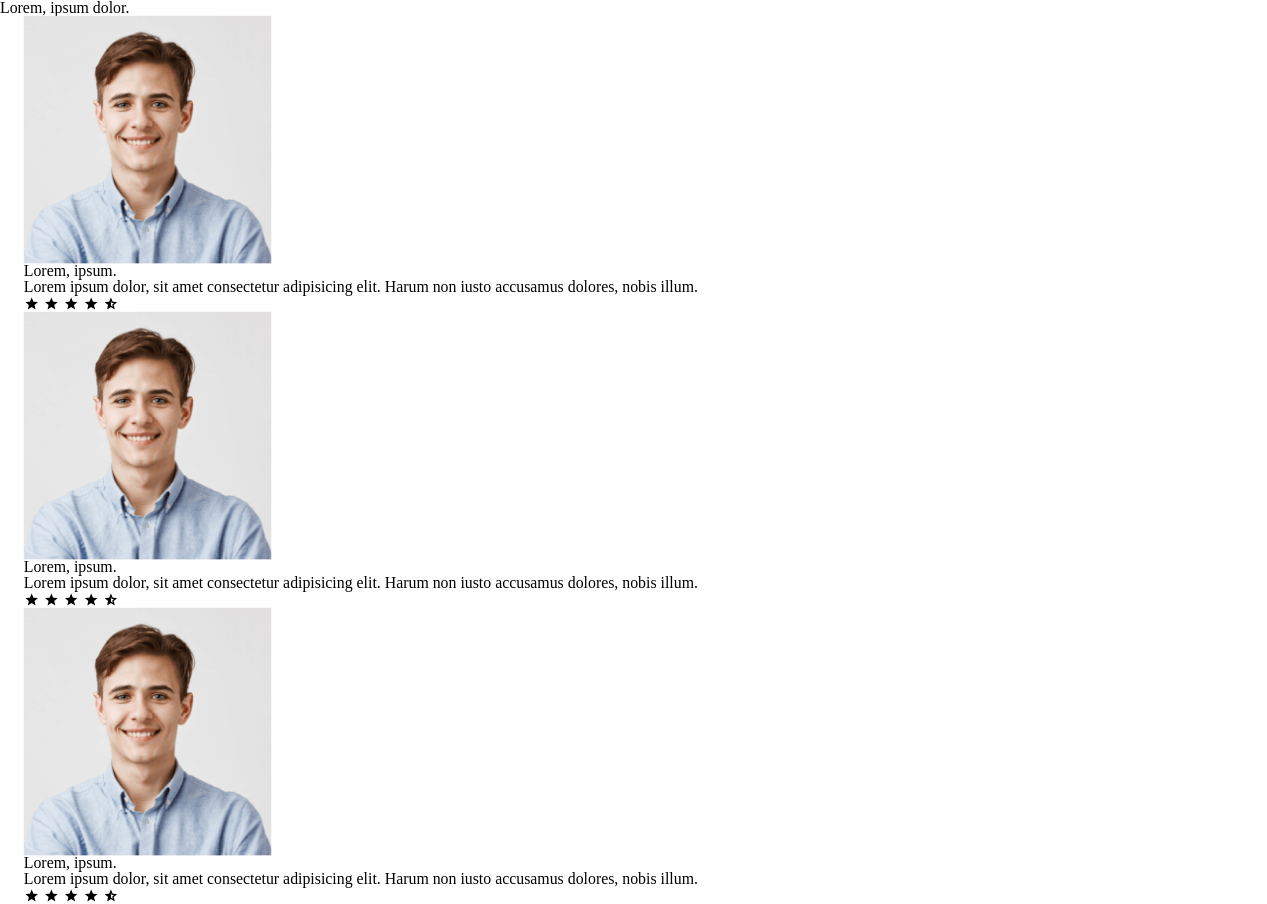
Repository: dinhhaidh/slider-3
Page: index.html
These files come from the project's save history. The page is drawn as it stood at one moment and after a run of saves; the edit follows.
The browser window is 1280 px wide. The pictures show the whole page, at 99% of full size.

Above is the page before, as saved 2024-03-22 21:51:43.

### index.html
<!DOCTYPE html>
<html lang="en">
<head>
    <meta charset="UTF-8">
    <meta name="viewport" content="width=device-width, initial-scale=1.0">
    <title>Document</title>
    <link rel="stylesheet" href="https://cdnjs.cloudflare.com/ajax/libs/remixicon/4.2.0/remixicon.min.css">

    <link rel="stylesheet" href="./css/swiper-bundle.min.css">

    <link rel="stylesheet" href="./css/style.css">

</head>
<body>
    <div class="new">
        <h3 class="new__title">
            Lorem, ipsum dolor.
        </h3>

        <div class="new__container container">
            <div class="new__swiper">
                <div>
                    <article class="new__card new__article">
                        <img src="./img1.png" alt="" class="new__img">
                        <h3 class="new__subtitle">
                            Lorem, ipsum.
                        </h3>
                        <p class="new__description">
                            Lorem ipsum dolor, sit amet consectetur adipisicing elit. Harum non iusto accusamus dolores, nobis illum.
                        </p>
                        <div class="new__stars">
                            <i class="ri-star-s-fill"></i>
                            <i class="ri-star-s-fill"></i>
                            <i class="ri-star-s-fill"></i>
                            <i class="ri-star-s-fill"></i>
                            <i class="ri-star-half-s-line"></i>
                        </div>
                    </article>

                    <article class="new__card new__article">
                        <img src="./img1.png" alt="" class="new__img">
                        <h3 class="new__subtitle">
                            Lorem, ipsum.
                        </h3>
                        <p class="new__description">
                            Lorem ipsum dolor, sit amet consectetur adipisicing elit. Harum non iusto accusamus dolores, nobis illum.
                        </p>
                        <div class="new__stars">
                            <i class="ri-star-s-fill"></i>
                            <i class="ri-star-s-fill"></i>
                            <i class="ri-star-s-fill"></i>
                            <i class="ri-star-s-fill"></i>
                            <i class="ri-star-half-s-line"></i>
                        </div>
                    </article>

                    <article class="new__card new__article">
                        <img src="./img1.png" alt="" class="new__img">
                        <h3 class="new__subtitle">
                            Lorem, ipsum.
                        </h3>
                        <p class="new__description">
                            Lorem ipsum dolor, sit amet consectetur adipisicing elit. Harum non iusto accusamus dolores, nobis illum.
                        </p>
                        <div class="new__stars">
                            <i class="ri-star-s-fill"></i>
                            <i class="ri-star-s-fill"></i>
                            <i class="ri-star-s-fill"></i>
                            <i class="ri-star-s-fill"></i>
                            <i class="ri-star-half-s-line"></i>
                        </div>
                    </article>
                </div>
            </div>
        </div>
    </div>

    <script src="./js/swiper-bundle.min.js"></script>
    <script src="./js/app.js"></script>
</body>
</html>

### css/style.css
*,
*:before,
*:after {
  box-sizing: border-box;
}
* {
  margin: 0;
  padding: 0;
  font: inherit;
}
img,
picture,
svg,
video {
  display: block;
  max-width: 100%;
}
input,
select,
textarea {
  background-color: transparent;
  outline: none;
}
button {
  cursor: pointer;
  background-color: transparent;
  outline: none;
  border: 0;
}
body {
  min-height: 100vh;
  font-weight: 400;
  font-size: 16px;
  line-height: 1;
}

.container{
  max-width: 1220px;
  Margin-inline: 1.5rem;
}


.new__title{
  fz
}
.new__container{

}
.container{

}
.new__swiper{

}
.new__card{

}
.new__article{

}
.new__img{

}
.new__subtitle{

}
.new__description{

}
.new__stars{

}
.ri-star-s-fill{

}
.ri-star-half-s-line{

}

### js/app.js

let swiperCustomer = new Swiper('.customer__swiper', {
    loop: true,
    spaceBetween: 16,
    slidesPerView: 'auto',
    centeredSlides: true,


     // Navigation arrows
    navigation: {
        nextEl: '.swiper-button-next',
        prevEl: '.swiper-button-prev',
    },

    breakpoints: {
        1150: {
            slidesPerView: 3,
            centeredSlides: false,
        }
    }
});

Loaded but not shown: css/swiper-bundle.min.css (library); js/swiper-bundle.min.js (library)

After the next 4 saves:
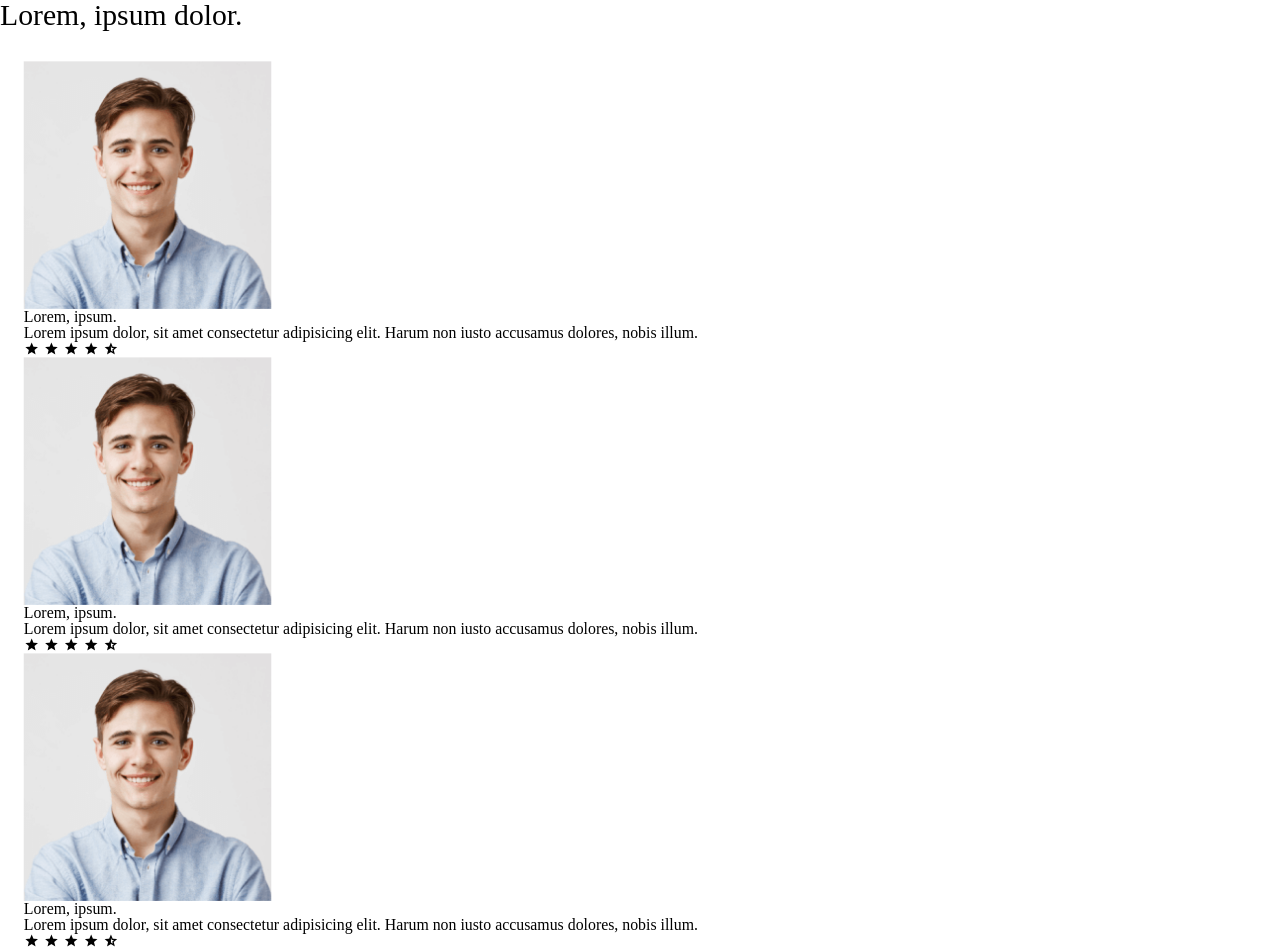
The 4 saves are shown as one change because they came seconds apart.
The last was saved 10 s later.
--- a/css/style.css
+++ b/css/style.css
@@ -41,11 +41,10 @@ body {
 
 
 .new__title{
-  fz
+  font-size: 30px;
+  margin-bottom: 2rem;
 }
-.new__container{
 
-}
 .container{
 
 }
